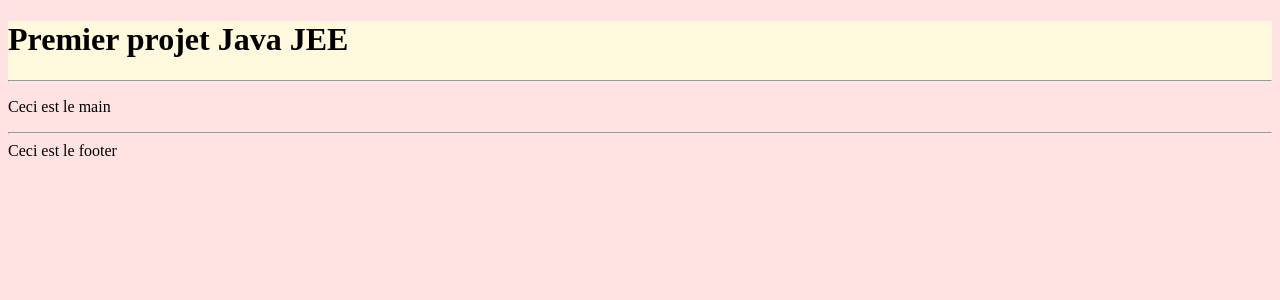
Repository: lemzoo/Formation_JEE
Page: FirstProject/WebContent/monPremierFichier.html
The author's editor kept a copy of each file at every save. The page is drawn from the files as they stood at one save, then again after the next save.
The browser window is 1280 px wide. The pictures show the whole page.

Above is the page before, as saved 2016-06-17 09:11:03.

After the next save:
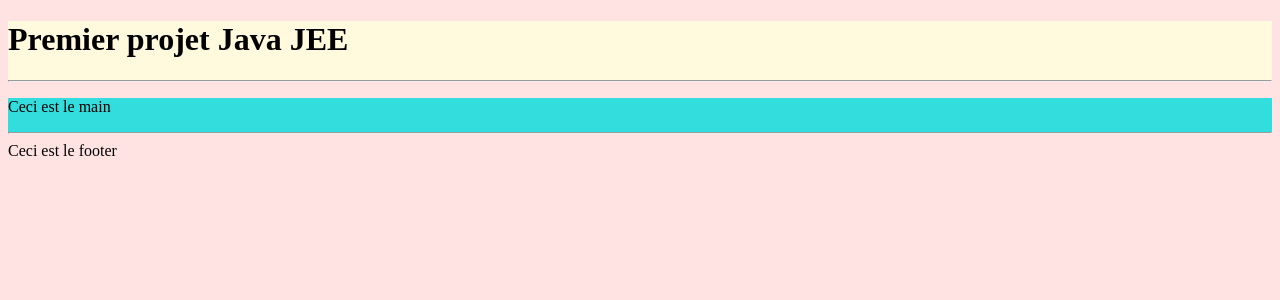
Saved 21 s later.
--- a/FirstProject/WebContent/monPremierFichier.html
+++ b/FirstProject/WebContent/monPremierFichier.html
@@ -15,7 +15,7 @@
 	<hr>
 </header>
 
-<main background-color : rgba(0,220,220,0.8);>
+<main style="background-color : rgba(0,220,220,0.8);">
 	<p>Ceci est le main</p>
 	<hr>
 </main>
